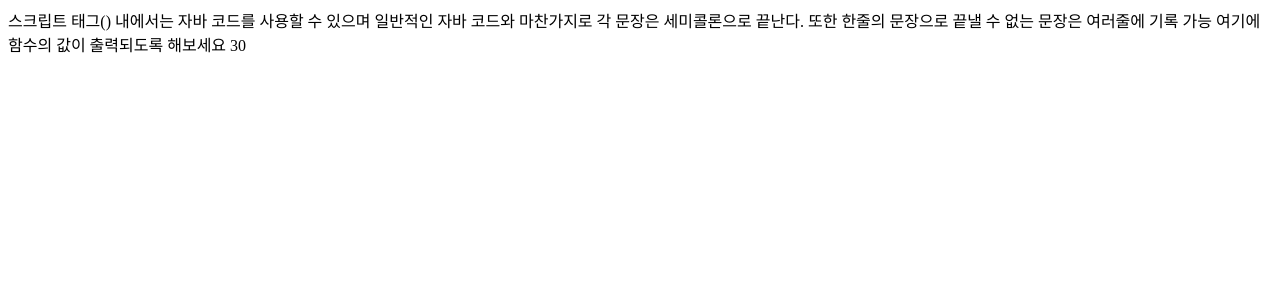
Repository: percussion8/jsp-servlet
Page: http://localhost/basic1007_1/script.jsp
An editor plug-in stored every save of this project. The page is shown before and after the next save, followed by the edit.
The browser window is 1280 px wide. The pictures show the whole page.
The page is served by Tomcat 9.

Above is the page before, as saved 2020-10-08 06:48:38.

After the next save:
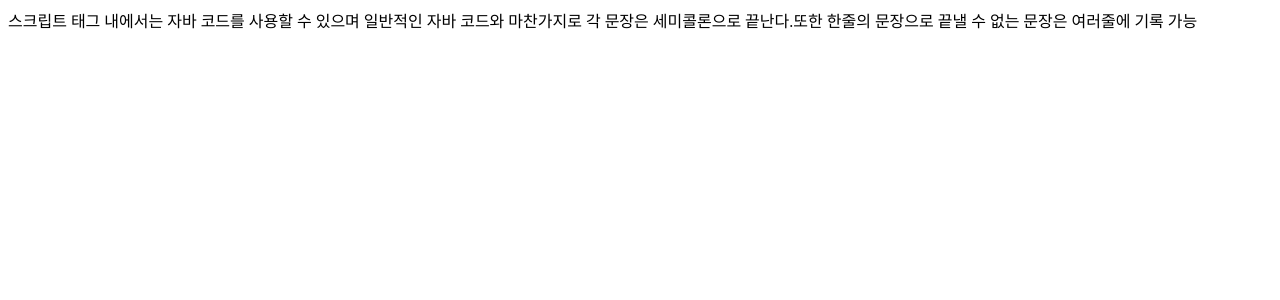
Saved 2 min 32 s later.
--- a/basic1007_1/WebContent/script.jsp
+++ b/basic1007_1/WebContent/script.jsp
@@ -1,17 +1,4 @@
 <%@ page language="java" contentType="text/html; charset=UTF-8"
     pageEncoding="UTF-8"%>
-    스크립트 태그(<% %>) 내에서는 자바 코드를 사용할 수 있으며
-    일반적인 자바 코드와 마찬가지로 각 문장은 세미콜론으로 끝난다.
-    또한 한줄의 문장으로 끝낼 수 없는 문장은 여러줄에 기록 가능
-<%!
 
-	public int sum() { // 함수 선언
-		int a =10, b =20, c;
-		c = a+b;
-		return c;
-	}
-%>
-
-여기에 함수의 값이 출력되도록 해보세요
-<%= sum()
-%>
+   <% out.print("스크립트 태그 내에서는 자바 코드를 사용할 수 있으며 일반적인 자바 코드와 마찬가지로 각 문장은 세미콜론으로 끝난다.또한 한줄의 문장으로 끝낼 수 없는 문장은 여러줄에 기록 가능");  %>
